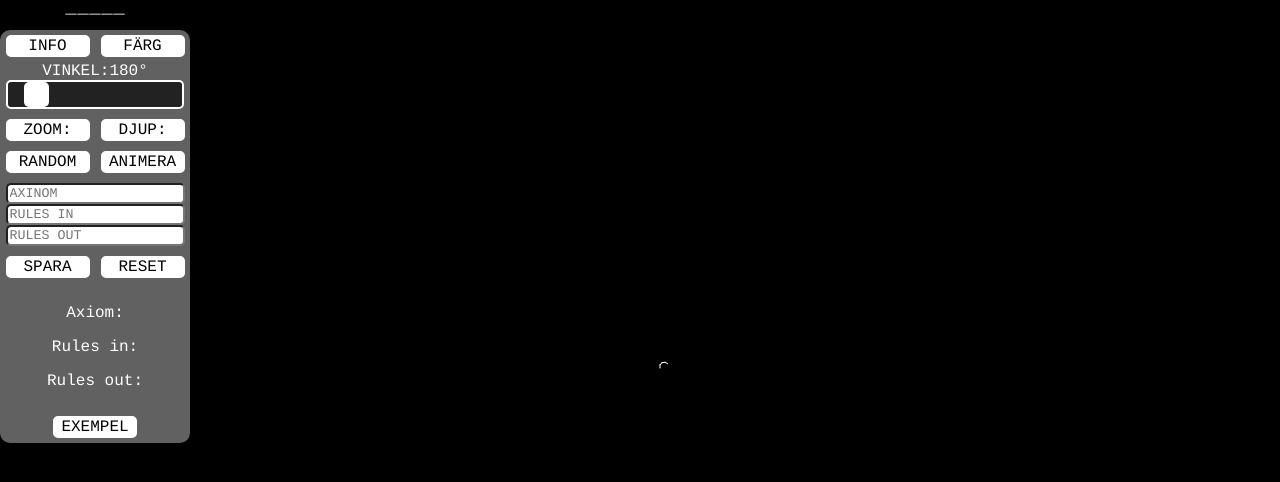
Repository: Gabrielw123/Fraktalgenerator
Page: fraktaler/test/index.html
These files come from the project's save history. The page is drawn as it stood at one moment and after the next save; the edit follows.
The browser window is 1280 px wide. The pictures show the whole page.
Some web libraries are served in a nearby version.

Above is the page before, as saved 2022-01-13 13:43:59.

### fraktaler/test/index.html
<!DOCTYPE html>
<html lang="en">
  <head>
    <meta charset="UTF-8" />
    <meta http-equiv="X-UA-Compatible" content="IE=edge" />
    <meta name="viewport" content="width=device-width, initial-scale=1.0" />
    <link rel="stylesheet" href="style.css" />
    <title>Fraktal Generator</title>
    <script src="https://cdn.jsdelivr.net/npm/p5@1.0.0/lib/p5.js"></script>
    <!--fading-->
    <script
      src="http://ajax.googleapis.com/ajax/libs/jquery/1.7.1/jquery.min.js"
      type="text/javascript"
    ></script>
  </head>
  <body>
    <!--Skapa en canvas-->
    <canvas id="canvas"></canvas>

    <div class="kontroller">
      <div
        style="background: black"
        onmousedown="return false"
        onselectstart="return false"
        class="grid-container1"
      >
        <div class="grid-item">
          <a class="knappgöm" id="gömknapp" onClick="action();">⏤⏤⏤⏤⏤</a>
        </div>
      </div>

      <div
        style="border-top-left-radius: 10px; border-top-right-radius: 10px"
        onmousedown="return false"
        onselectstart="return false"
        class="grid-container"
        id="göm1"
      >
        <div class="grid-item">
          <a class="knapp" id="infoknapp">INFO</a>
        </div>
        <div class="grid-item">
          <a class="knapp" id="colorknapp" onclick="color();">FÄRG</a>
        </div>
      </div>
      <!--slider vinkel-->
      <div class="slider-container" id="göm2">
        <a onmousedown="return false" onselectstart="return false"
          >VINKEL:<span id="vinkel-out"></span>&deg;</a
        >
        <input type="range" min="0" max="360" class="slider" id="vinkel" />
      </div>

      <div
        onmousedown="return false"
        onselectstart="return false"
        class="grid-container"
        id="göm3"
      >
        <div class="grid-item">
          <a class="knapp" id="längdknapp">ZOOM:<span id="segment_n"></span></a>
        </div>
        <div class="grid-item">
          <a class="knapp" id="djupknapp"
            >DJUP:<span id="generation-out"></span
          ></a>
        </div>

        <div class="grid-item">
          <a class="knapp" id="randomknapp" onclick="random();">RANDOM</a>
        </div>
        <div class="grid-item">
          <a class="knapp" id="animeraknapp" onclick="animera();">ANIMERA</a>
        </div>
      </div>

      <div class="grid-container1" id="göm4">
        <div class="grid-item">
          <input
            style="font-family: courier"
            class="input"
            type="text"
            placeholder="AXINOM"
            id="axiom"
          />
          <input
            style="font-family: courier"
            class="input"
            type="text"
            placeholder="RULES IN"
            id="rules1"
          />
          <input
            style="font-family: courier"
            class="input"
            type="text"
            placeholder="RULES OUT"
            id="rules2"
          />
        </div>
      </div>
      <div
        onmousedown="return false"
        onselectstart="return false"
        class="grid-container"
        id="göm5"
      >
        <div class="grid-item">
          <a class="knapp" id="btn">SPARA</a>
        </div>
        <div class="grid-item">
          <a class="knapp" id="resetknapp" onclick="reset();">RESET</a>
        </div>
      </div>
      <div
        style="
          border-bottom-left-radius: 10px;
          border-bottom-right-radius: 10px;
        "
        class="grid-container1"
        id="göm6"
      >
        <div class="grid-item">
          <p>Axiom:<span id="axiom-out"></span></p>
          <p>Rules in:<span id="rules1-out"></span></p>
          <p>Rules out:<span id="rules2-out"></span></p>
          <p></p>
        </div>
        <div class="grid-item">
          <a
            onmousedown="return false"
            onselectstart="return false"
            class="knapp"
            id="exempelknapp"
            onclick="example();"
            >EXEMPEL</a
          >
        </div>
      </div>

      <!--EXEMPEL-->

      <div
        style="border-radius: 10px"
        onmousedown="return false"
        onselectstart="return false"
        class="grid-container"
        id="göm7"
      >
        <div class="grid-item">
          <a class="knappex" id="Board">Board</a>
        </div>
        <div class="grid-item">
          <a class="knappex" id="Crystal">Crystal</a>
        </div>
        <div class="grid-item">
          <a class="knappex" id="Dragon Curve">Dragon Curve</a>
        </div>
        <div class="grid-item">
          <a class="knappex" id="Hexagonal Gosper">Hexagonal Gosper</a>
        </div>
        <div class="grid-item">
          <a class="knappex" id="Kochcurve">Koch curve</a>
        </div>
        <div class="grid-item">
          <a class="knappex" id="Krishna Anklets">Krishna Anklets</a>
        </div>
        <div class="grid-item">
          <a class="knappex" id="Lévy curve">Lévy curve</a>
        </div>
        <div class="grid-item">
          <a class="knappex" id="L-System Bushes 1">L-System Bushes 1</a>
        </div>
        <div class="grid-item">
          <a class="knappex" id="L-System Bushes 2">L-System Bushes 2</a>
        </div>
        <div class="grid-item">
          <a class="knappex" id="Peano Curve">Peano Curve</a>
        </div>
        <div class="grid-item">
          <a class="knappex" id="Quadratic Snowflake">Quadratic Snowflake </a>
        </div>
        <div class="grid-item">
          <a class="knappex" id="Rings">Rings</a>
        </div>
        <div class="grid-item">
          <a class="knappex" id="Sierpinski Arrowhead">Sierpinski Arrowhead</a>
        </div>
        <div class="grid-item">
          <a class="knappex" id="Sierpinskisquare">Sierpinski Square</a>
        </div>
        <div class="grid-item">
          <a class="knappex" id="Snowflake">Snowflake</a>
        </div>
        <div class="grid-item">
          <a class="knappex" id="Tiles">Tiles</a>
        </div>
        <div class="grid-item">
          <a class="knappex" id="Triangle">Triangle</a>
        </div>
        <div class="grid-item">
          <a class="knappex" id="Von Koch Snowflake">Von Koch Snowflake</a>
        </div>
      </div>
    </div>
    <!--Script-->
    <script src="bruh.js">
      example();
            fraktal.update();
    </script>
  </body>
</html>

### fraktaler/test/style.css
body {
  font-family: "courier", monospace;
  background-color: black;
  color: white;
  text-align: center;
}

.input {
  width: 90%;
  border-radius: 5px;
  color: black;
  background: white;
}
.input:hover {
  background: black;
  color: white;
}

.kontroller {
  width: 190px;
  height: 180px;
  margin: auto;
  position: fixed;
  top: 0%;
  left: 0%;
  right: 100%;
}
.grid-container {
  background: rgba(97, 97, 97, 1);
  display: grid;
  grid-template-columns: auto auto;
}

.grid-container1 {
  background: rgba(97, 97, 97, 1);
  display: grid;
  grid-template-columns: auto;
}
.grid-item {
  text-align: center;
  margin: auto;
  padding-top: 5px;
  padding-bottom: 5px;
}
.grid-item1 {
  text-align: center;
  margin: auto;
  padding-top: 5px;
  padding-bottom: 5px;
  width: 300px;
}
#axiom-out {
  text-align: left;
}
.slider-container {
  background: rgba(97, 97, 97, 1);
  display: grid;
  grid-template-columns: auto;
  width: 100%;
  margin: auto;
  padding-bottom: 5px;
}
.slider {
  -webkit-appearance: none;
  width: 92%;
  height: 25px;
  background: #222222;
  outline: none;
  margin: auto;
  -webkit-transition: 0.2s;
  transition: opacity 0.2s;
  border-radius: 5px;
  border: 2px solid white;
}

.slider:hover {
  background: black;
  color: white;
  border: 0px solid black;
}

.slider::-webkit-slider-thumb {
  -webkit-appearance: none;
  appearance: none;
  width: 25px;
  height: 25px;
  background: #ffffff;
  cursor: pointer;
  border-radius: 5px;
}

.slider::-moz-range-thumb {
  width: 25px;
  height: 25px;
  background: #04aa6d;
  cursor: pointer;
}

a.knapp {
  display: block;
  background: white;
  color: black;
  width: 80px;
  cursor: pointer;
  border-radius: 5px;
  border: 2px solid white;
}
a.knapp:hover {
  background: black;
  border-radius: 5px;
  color: white;
  border: 2px solid rgb(0, 0, 0, 0);
}

#canvas {
  position: fixed;
  top: 0px;
  left: 0px;
  z-index: -1;
}

a.knappon {
  display: block;
  width: 80px;
  background: black;
  color: white;
  cursor: pointer;
  border-radius: 5px;
}
a.knappex {
  background: white;
  color: black;
  text-align: center;
  cursor: pointer;
  font-size: 13px;
  width: 85px;
  height: 35px;
  display: table-cell;
  vertical-align: middle;
  border-radius: 5px;
  border: 2px solid white;
}
a.knappex:hover {
  background: black;
  border-radius: 5px;
  color: white;
  border: 0px solid black;
}
.span {
  width: 500px;
}
.knappgöm {
  display: block;
  background: black;
  color: white;
  width: 85px;
  height: 20px;
  cursor: pointer;
  font-size: 15px;
  border-radius: 5px;
}
a.knappgöm:hover {
  background: white;
  border-radius: 5px;
  color: black;
}

Loaded but not shown: fraktaler/test/bruh.js (762 lines, source omitted)

After the next save:
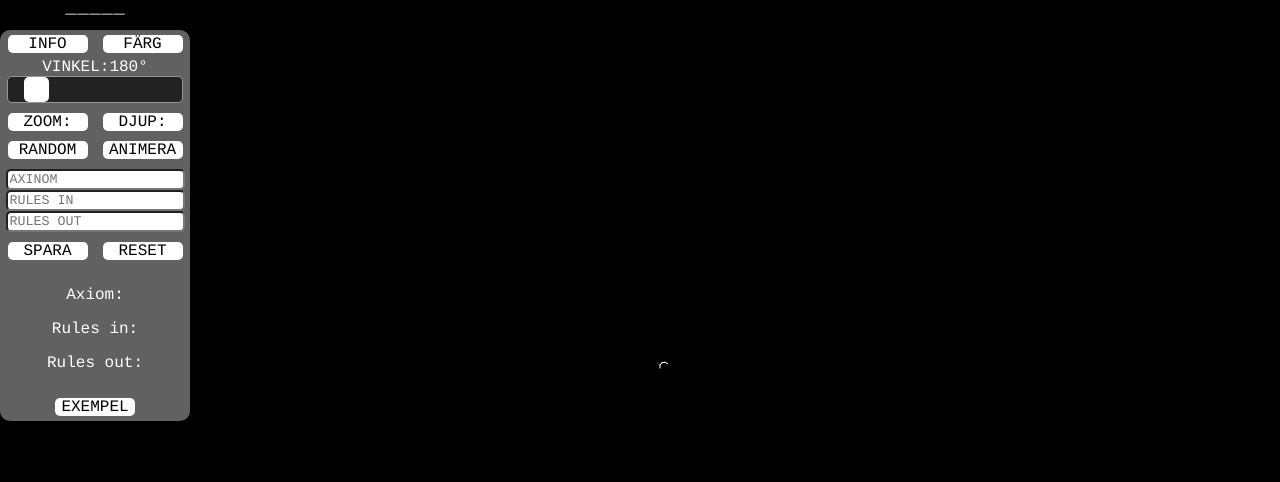
Saved 26 s later.
--- a/fraktaler/test/style.css
+++ b/fraktaler/test/style.css
@@ -70,13 +70,13 @@ body {
   -webkit-transition: 0.2s;
   transition: opacity 0.2s;
   border-radius: 5px;
-  border: 2px solid white;
+  border: 1px;
+  border-style: solid;
 }
 
 .slider:hover {
   background: black;
   color: white;
-  border: 0px solid black;
 }
 
 .slider::-webkit-slider-thumb {
@@ -103,13 +103,11 @@ a.knapp {
   width: 80px;
   cursor: pointer;
   border-radius: 5px;
-  border: 2px solid white;
 }
 a.knapp:hover {
   background: black;
   border-radius: 5px;
   color: white;
-  border: 2px solid rgb(0, 0, 0, 0);
 }
 
 #canvas {
@@ -138,13 +136,11 @@ a.knappex {
   display: table-cell;
   vertical-align: middle;
   border-radius: 5px;
-  border: 2px solid white;
 }
 a.knappex:hover {
   background: black;
   border-radius: 5px;
   color: white;
-  border: 0px solid black;
 }
 .span {
   width: 500px;
